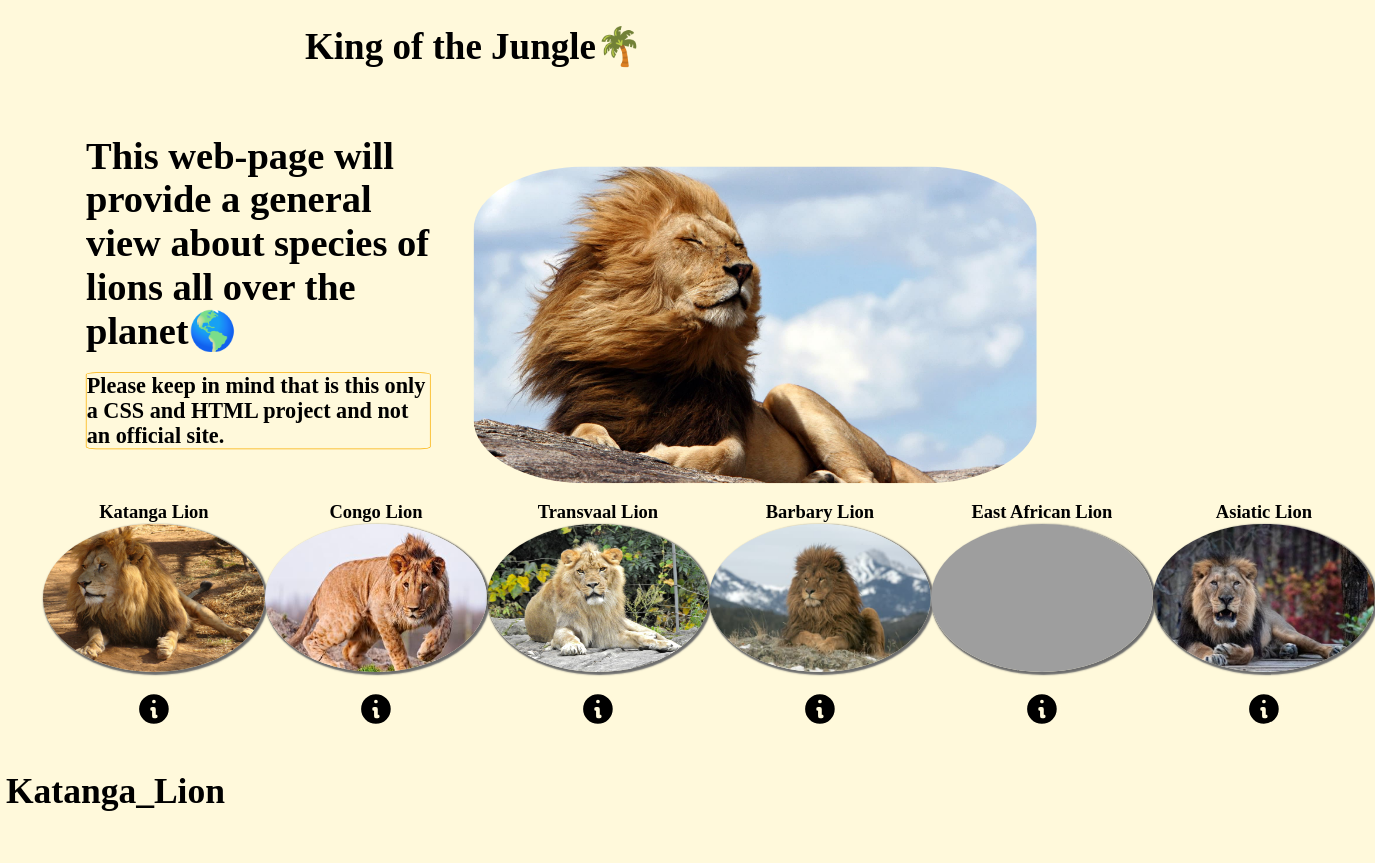
Repository: GeorgeManias/lions_project
Page: index.html
An editor plug-in stored every save of this project. The page is shown before and after the next save, followed by the edit.
The browser window is 1280 px wide. The page is 1858 px wide, so the pictures cover 1858 px, including what lies to the right of the window. The pictures show the whole page, at 74% of full size.
Pictures or frames that could not be fetched are drawn as grey boxes. Some web fonts or font styles are not loaded; a fallback is used.

Above is the page before, as saved 2021-11-05 19:37:12.

### index.html
<!DOCTYPE html>
<html lang="en">
  <head>
    <link rel="stylesheet" href="index.css" />
    <link
      href="https://fonts.googleapis.com/css2?family=Roboto:ital@1&display=swap"
      rel="stylesheet"
    />
    <link rel="preconnect" href="https://fonts.googleapis.com" />
    <link rel="preconnect" href="https://fonts.gstatic.com" crossorigin />
    <link
      href="https://fonts.googleapis.com/css2?family=Fruktur&family=Roboto:ital,wght@1,100;1,300&display=swap"
      rel="stylesheet"
    />
    <title>King of the Jungle</title>
  </head>
  <div class="container">
    <!--This will be the container fro the main_page-->
    <!--Start of Hero Area ---------------------------------------------------------------------------------------------------------------------------------------->
    <body>
      <header class="header_top">
        <h1>King of the Jungle🌴</h1>
      </header>
      <!--Class above will support the grid between header and main photo-->
      <div class="hero_section">
        <div class="headers_and_mainphoto">
          <header>
            <!--This area will be for the upper body part-->
            <h1 class="main_header">
              This web-page will provide a general view about species of lions
              all over the planet🌎
            </h1>
            <h2 class="project_header">
              Please keep in mind that is this only a CSS and HTML project and
              not an official site.
            </h2>
          </header>
          <img
            src="pictures/main_lion.jpg"
            alt="main_lion_photo"
            class="main_photo"
          />
        </div>

        <!--Multiple Pictures Grid Start----------------------------------------------------------------------------------------------->
        <div class="grid_with_6_pictures">
          <!--Katanga_Lion_Start-->
          <h3 id="katanga_title_cord" class="titles_6">Katanga Lion</h3>
          <img
            src="pictures/katanga_lion.jpg"
            alt="katanga_lion"
            id="katanga_img_cord"
            class="img_6"
          />
          <svg
            href="#"
            class="info_svg"
            xmlns="http://www.w3.org/2000/svg"
            width="100"
            height="100"
            viewBox="0 0 24 24"
          >
            <a href="https://www.google.co.uk/" target="_top" class="svg_link">
              <path
                stroke-linecap="round"
                stroke-linejoin="round"
                stroke-width="2"
                d="M13 16h-1v-4h-1m1-4h.01M21 12a9 9 0 11-18 0 9 9 0 0118 0z"
              />
            </a>
          </svg>
          <!--Katanga_Lion_End-->

          <!--Congo_Lion_Start-->
          <h3 id="congo_title_cord" class="titles_6">Congo Lion</h3>
          <img
            src="pictures/congo_lion.jpg"
            alt="congo_lion"
            id="congo_img_cord"
            class="img_6"
          />
          <svg
            class="info_svg"
            id="congo_info_cord"
            xmlns="http://www.w3.org/2000/svg"
            width="100"
            height="100"
            viewBox="0 0 24 24"
          >
            <a href="https://www.google.co.uk/" target="_top" class="svg_link">
              <path
                stroke-linecap="round"
                stroke-linejoin="round"
                stroke-width="2"
                d="M13 16h-1v-4h-1m1-4h.01M21 12a9 9 0 11-18 0 9 9 0 0118 0z"
              />
            </a>
          </svg>
          <!--Congo_Lion_End-->

          <!--Transvaal_Lion_Start-->
          <h3 id="Transvaal_title_cord" class="titles_6">Transvaal Lion</h3>
          <img
            src="pictures/Transvaal_lion.jpg"
            alt="Transvaal_lion"
            id="Transvaal_img_cord"
            class="img_6"
          />
          <svg
            class="info_svg"
            id="Transvaal_info_cord"
            xmlns="http://www.w3.org/2000/svg"
            width="100"
            height="100"
            viewBox="0 0 24 24"
          >
            <a href="https://www.google.co.uk/" target="_top" class="svg_link">
              <path
                stroke-linecap="round"
                stroke-linejoin="round"
                stroke-width="2"
                d="M13 16h-1v-4h-1m1-4h.01M21 12a9 9 0 11-18 0 9 9 0 0118 0z"
              />
            </a>
          </svg>
          <!--Transvaal_Lion_End-->

          <!--barbary_Lion_Start-->
          <h3 id="barbary_title_cord" class="titles_6">Barbary Lion</h3>
          <img
            src="pictures/barbary_lion.jpg"
            alt="barbary_lion"
            id="barbary_img_cord"
            class="img_6"
          />
          <svg
            class="info_svg"
            id="barbary_info_cord"
            xmlns="http://www.w3.org/2000/svg"
            width="100"
            height="100"
            viewBox="0 0 24 24"
          >
            <a href="https://www.google.co.uk/" target="_top" class="svg_link">
              <path
                stroke-linecap="round"
                stroke-linejoin="round"
                stroke-width="2"
                d="M13 16h-1v-4h-1m1-4h.01M21 12a9 9 0 11-18 0 9 9 0 0118 0z"
              />
            </a>
          </svg>
          <!--barbary_Lion_End-->

          <!--east_african_Lion_Start-->
          <h3 id="east_african_title_cord" class="titles_6">
            East African Lion
          </h3>
          <img
            src="pictures/east_african.jpg"
            alt="east_african_lion"
            id="east_african_img_cord"
            class="img_6"
          />
          <svg
            class="info_svg"
            id="east_african_info_cord"
            xmlns="http://www.w3.org/2000/svg"
            width="100"
            height="100"
            viewBox="0 0 24 24"
          >
            <a href="https://www.google.co.uk/" target="_top" class="svg_link">
              <path
                stroke-linecap="round"
                stroke-linejoin="round"
                stroke-width="2"
                d="M13 16h-1v-4h-1m1-4h.01M21 12a9 9 0 11-18 0 9 9 0 0118 0z"
              />
            </a>
          </svg>
          <!--east_african_Lion_End-->

          <!--asiatic_Lion_Start-->
          <h3 id="asiatic_title_cord" class="titles_6">Asiatic Lion</h3>
          <img
            src="pictures/asiatic_lion.jpg"
            alt="asiatic_lion"
            id="asiatic_img_cord"
            class="img_6"
          />
          <svg
            class="info_svg"
            id="asiatic_info_cord"
            xmlns="http://www.w3.org/2000/svg"
            width="100"
            height="100"
            viewBox="0 0 24 24"
          >
            <a href="https://www.google.co.uk/" target="_top" class="svg_link">
              <path
                stroke-linecap="round"
                stroke-linejoin="round"
                stroke-width="2"
                d="M13 16h-1v-4h-1m1-4h.01M21 12a9 9 0 11-18 0 9 9 0 0118 0z"
              />
            </a>
          </svg>
          <!--Multiple Pictures Grid End----------------------------------------------------------------------------------------------->
        </div>
      </div>
      <!--End of Hero Area ---------------------------------------------------------------------------------------------------------------------------------------->

      <!------------Analitikh 1/6 Arxh Katanga------------------------------------------------------------------------------------------------------------------------->
      <div class= "katanga_analysis_grid">
          <h1 class="katanga_analysis_h1">Katanga_Lion</h1>


      </div>
      <!------------Analitikh 1/6 Telos Katanga------------------------------------------------------------------------------------------------------------------------>
    </body>
    </body>
  </div>
</html>






<!--1
  Katanga lion
  Congo Lion
  Transvaal lion
  East African lion
  Asiatic lion
  West African lion

-->

### index.css
/*

--- 01 TYPOGRAPHY SYSTEM

- Font sizes (px)
10 / 12 / 14 / 16 / 18 / 20 / 24 / 30 / 36 / 44 / 52 / 62 / 74 / 86 / 98

- Font weights
Default: 400
Medium: 500
Semi-bold: 600
Bold: 700

- Line heights
Default: 1
Small: 1.05
Medium: 1.2
Paragraph default: 1.6

- Letter spacing
-0.5px
0.75px

--- 02 COLORS

- Primary: ##fab005
- Tints:
#fff9db
#644602

- Shades:


#f0ede6


- Accents:
- Greys

#888
#767676 (lightest grey allowed on #fff)
#6f6f6f (lightest grey allowed on #fdf2e9)
#555
#333

--- 05 SHADOWS

0 2.4rem 4.8rem rgba(0, 0, 0, 0.075);

--- 06 BORDER-RADIUS

Default: 9px
Medium: 11px

--- 07 WHITESPACE

- Spacing system (px)
2 / 4 / 8 / 12 / 16 / 24 / 32 / 48 / 64 / 80 / 96 / 128
*/

html {
  /*εδώ βάζω το 10 με σκοπο το αλλο να έχει ευκολο πολαπλασσιο του rem*/
  font-size: 10px;
  margin-left: 0%;
  margin-right: 0%;
}

body {
  background-color: #fff9db;
  margin-bottom: 3%;
}

.header_top {
  font-family: "Fruktur", cursive;
  text-align: center;
  font-size: 2.5rem;
  margin-bottom: 0;
}

.hero_section {
  padding-left: 5rem;
  padding-right: 5rem;
}

header {
  margin-left: 10%;
  margin-right: 10%;
}

.main_header {
  font-size: 5.2rem;
  margin-bottom: 0;
}

.project_header {
  font-size: 3rem;
  border: 0.1rem solid #fab005;
  border-radius: 3%;
}

.headers_and_mainphoto {
  /*Αυτο το πεδίο αναφέρεται στο grid*/
  display: grid;
  grid-template-columns: 50% 50%;
  align-items: center;
}

.grid_with_6_pictures {
  display: grid;
  grid-template-columns: 1fr 1fr 1fr 1fr 1fr 1fr;
  grid-template-rows: auto auto auto;
  justify-items: center;
  align-items: flex-end;
}

.main_photo {
  width: 761px;
  margin-top: 100px;
  border-radius: 20%;
}

.img_6 {
  width: 300px;
  height: 200px;
  border-radius: 50%;
  box-shadow: 2px 2px 2px 2px rgb(109, 109, 109);
}

.titles_6 {
  font-size: 2.5rem;
  margin-bottom: 0.8%;
}

.info_svg {
  width: 20%;
  stroke: #fff9db;
  border-radius: 0;
  padding-top: 0%;
}

.svg_link:link {
  width: 20%;
  stroke: #fff9db;
  border-radius: 0;
  padding-top: 0%;
}

.svg_link:visited {
  width: 20%;
  stroke: #fff9db;
  border-radius: 0;
  padding-top: 0%;
}

.svg_link:hover {
  width: 20%;
  stroke: #fab005;
  border-radius: 0;
  padding-top: 0%;
  transition: all 1s;
}
/*//////////////////////////////////////////////////////////////////////////////////////////////////////////////////////////////////////////////////////////////////*/
/*Katanga Lion Cord Start*/
#katanga_title_cord {
  grid-column: 1/2;
  grid-row: 1/2;
}
#katanga_img_cord {
  grid-column: 1/2;
  grid-row: 2/3;
}

#katanga_info_cord {
  grid-column: 1/2;
  grid-row: 3/4;
}
/*Katanga Lion Cord End*/

/*Congo Lion Cord Start*/
#congo_title_cord {
  grid-column: 2/3;
  grid-row: 1/2;
}
#congo_img_cord {
  grid-column: 2/3;
  grid-row: 2/3;
}

#congo_info_cord {
  grid-column: 2/3;
  grid-row: 3/4;
}
/*Congo Lion Cord End*/

/*Transvaal Lion Cord Start*/
#Transvaal_title_cord {
  grid-column: 3/4;
  grid-row: 1/2;
}
#Transvaal_img_cord {
  grid-column: 3/4;
  grid-row: 2/3;
}

#Transvaal_info_cord {
  grid-column: 3/4;
  grid-row: 3/4;
}
/*Transvaal Lion Cord End*/

/*Congo Lion Cord End*/

/*barbary Lion Cord Start*/
#barbary_title_cord {
  grid-column: 4/5;
  grid-row: 1/2;
}
#barbary_img_cord {
  grid-column: 4/5;
  grid-row: 2/3;
}

#barbary_info_cord {
  grid-column: 4/5;
  grid-row: 3/4;
}
/*barbary Lion Cord End*/

/*east_african Lion Cord Start*/
#east_african_title_cord {
  grid-column: 5/6;
  grid-row: 1/2;
}
#east_african_img_cord {
  grid-column: 5/6;
  grid-row: 2/3;
}

#east_african_info_cord {
  grid-column: 5/6;
  grid-row: 3/4;
}
/*east_african Lion Cord End*/

/*asiatic Lion Cord Start*/
#asiatic_title_cord {
  grid-column: 6/7;
  grid-row: 1/2;
}
#asiatic_img_cord {
  grid-column: 6/7;
  grid-row: 2/3;
}

#asiatic_info_cord {
  grid-column: 6/7;
  grid-row: 3/4;
}
/*asiatic Lion Cord End*/
/*//////////////////////////////////////////////////////////////////////////////////////////////////////////////////////////////////////////////////////////////////*/

/*////////////////////////////////////////////////////////////////////////////////////////////////////////////////////////////////////////////////////////////////////
Katanga Analysis 1/6 Arxh
////////////////////////////////////////////////////////////////////////////////////////////////////////////////////////////////////////////////////////////////////*/
.katanga_analysis_grid {
  display: grid;
  grid-template-columns: 1fr 1fr;
  grid-template-rows: auto auto auto;
}

.katanga_analysis_h1 {
  font-size: 4.8rem;
}

After the next save:
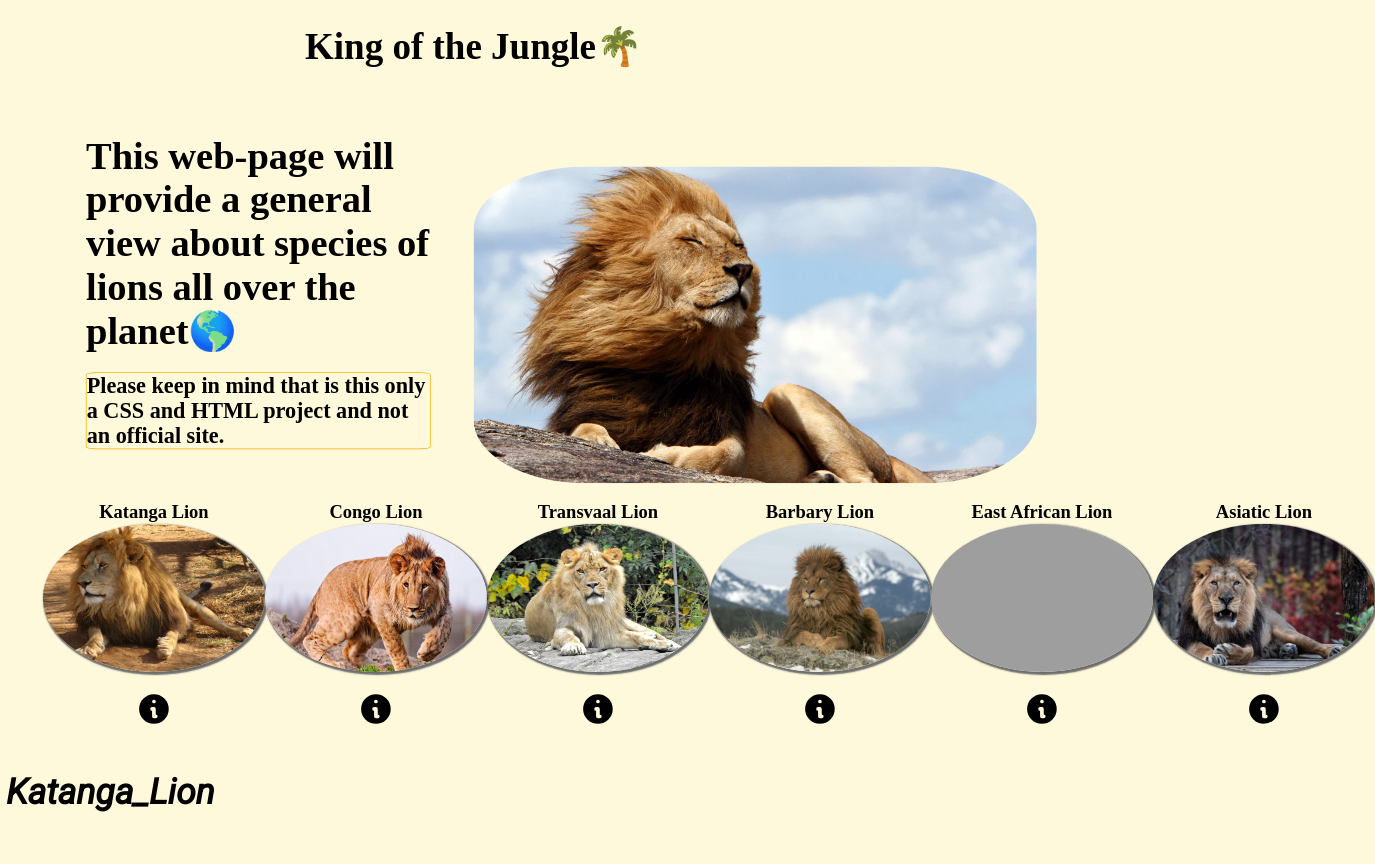
Saved 44 s later.
--- a/index.css
+++ b/index.css
@@ -270,4 +270,5 @@
 
 .katanga_analysis_h1 {
   font-size: 4.8rem;
-}
+  font-family: "Roboto";
+}

After the 2 saves that followed:
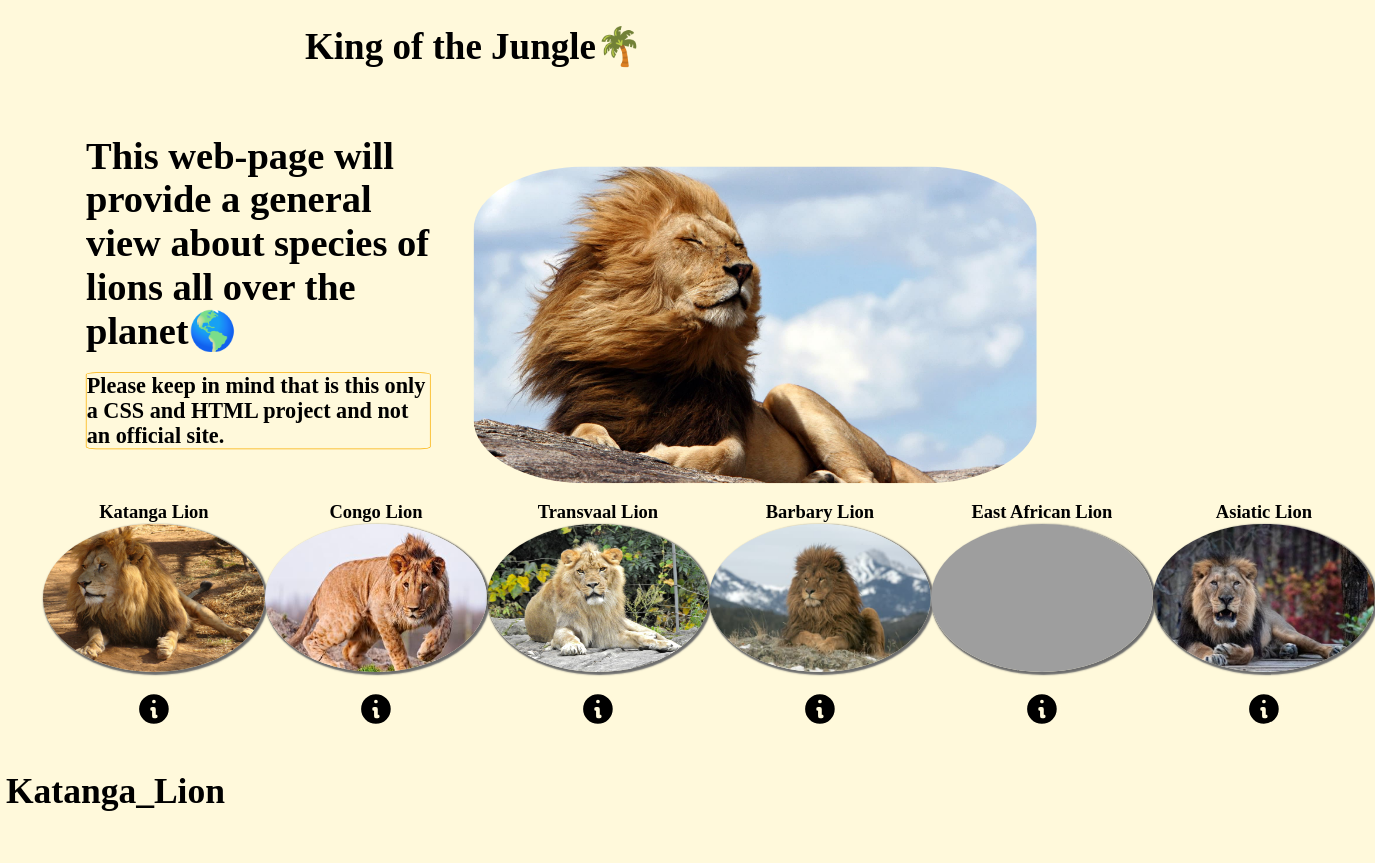
The 2 saves are shown as one change because 1 left the picture as it was.
The last was saved 4 min 6 s later.
--- a/index.css
+++ b/index.css
@@ -270,5 +270,11 @@
 
 .katanga_analysis_h1 {
   font-size: 4.8rem;
-  font-family: "Roboto";
-}
+
+}
+
+
+
+
+
+/*Kataga Analysis stixisi Arxh///////////////////////////////////////////////
